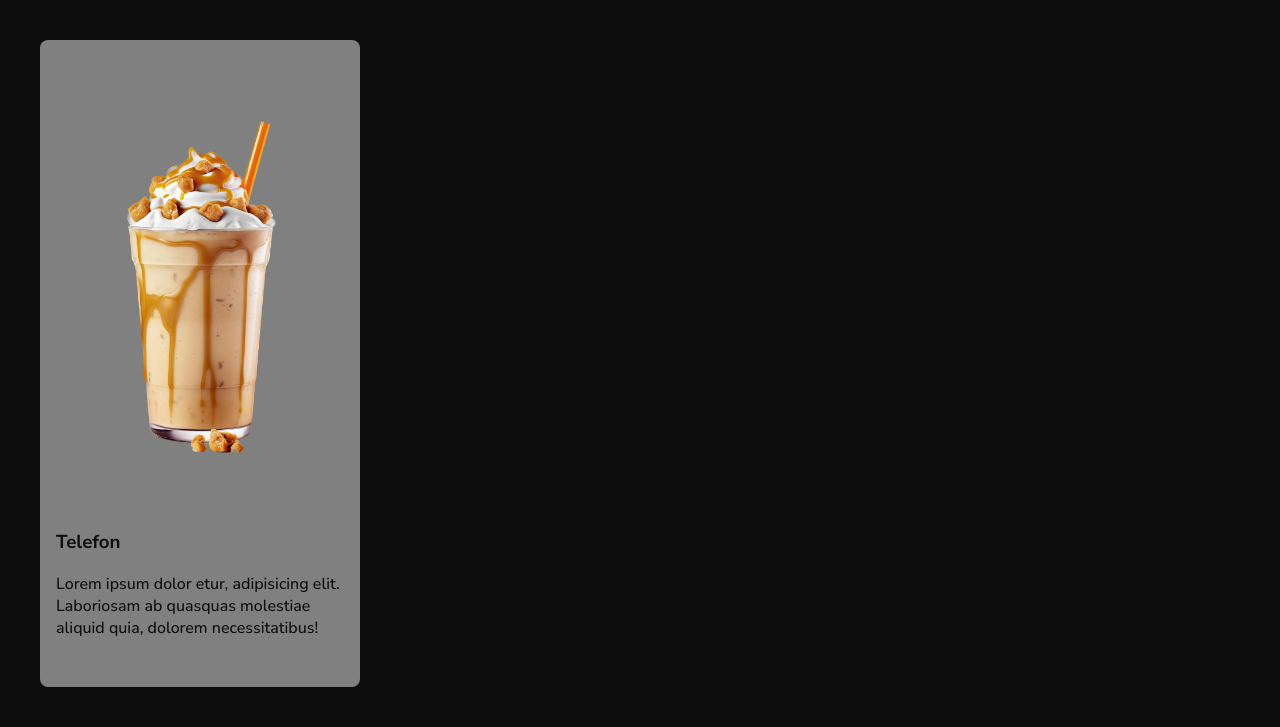
Repository: liviamucioniu/Coffee-Shop-Website
Page: index.html
An editor plug-in stored every save of this project. The page is shown before and after the next save, followed by the edit.
The browser window is 1280 px wide. The pictures show the whole page.

Above is the page before, as saved 2023-10-20 15:58:57.

### index.html
<!DOCTYPE html>
<html lang="en">
    <head>
        <meta charset="UTF-8" />
        <meta name="viewport" content="width=device-width, initial-scale=1.0" />
        <title>Magazin online</title>
        <link rel="stylesheet" href="styles.css" />
        <script defer src="script.js"></script>
        <link rel="preconnect" href="https://fonts.googleapis.com" />
        <link rel="preconnect" href="https://fonts.gstatic.com" crossorigin />
        <link
            href="https://fonts.googleapis.com/css2?family=Montserrat:ital,wght@0,200;0,400;0,500;1,100;1,200;1,300;1,400;1,500&family=Nunito+Sans:ital,opsz,wght@0,6..12,200;0,6..12,300;0,6..12,500;0,6..12,600;0,6..12,700;0,6..12,900;0,6..12,1000;1,6..12,200;1,6..12,300;1,6..12,400;1,6..12,500;1,6..12,600;1,6..12,900;1,6..12,1000&family=Open+Sans:ital,wght@1,300&family=Poppins:ital,wght@0,400;1,300;1,500&display=swap"
            rel="stylesheet"
        />
    </head>
    <body>
        <header><img</header>
        <section id="product-list">
            <div class="product-card">
                <img
                    class="product-image"
                    src="./assets/images/frappe.png"
                    alt=""
                />
                <h3 class="product-name">Telefon</h3>
                <p class="product-description">
                    Lorem ipsum dolor etur, adipisicing elit. Laboriosam ab
                    quasquas molestiae aliquid quia, dolorem necessitatibus!
                </p>
            </div>
        </section>
    </body>
</html>

### styles.css
:root {
    --coffee-color-1: #ede0d4;
    --coffee-color-2: #e6ccb2;
    --coffee-color-3: #ddb892;
    --coffee-color-4: #b08968;
    --coffee-color-5: #7f5539;
    --coffee-color-6: #9c6644;
}

body {
    background-color: #0e0d0d;
    color: #0e0d0d;
    font-family: "Nunito Sans", sans-serif;
}

#product-list {
    display: flex;
    gap: 1.5rem;
    padding: 2rem;
    flex-wrap: wrap;
}

.product-card {
    border-radius: 0.5rem;
    max-width: 18rem;
    background-color: gray;
    padding: 2rem 1rem;
}

.product-image {
    max-width: 100%;
}

### script.js
// const title = document.getElementById("title");
// console.log(title);
// title.classList.add("main");

After the next save:
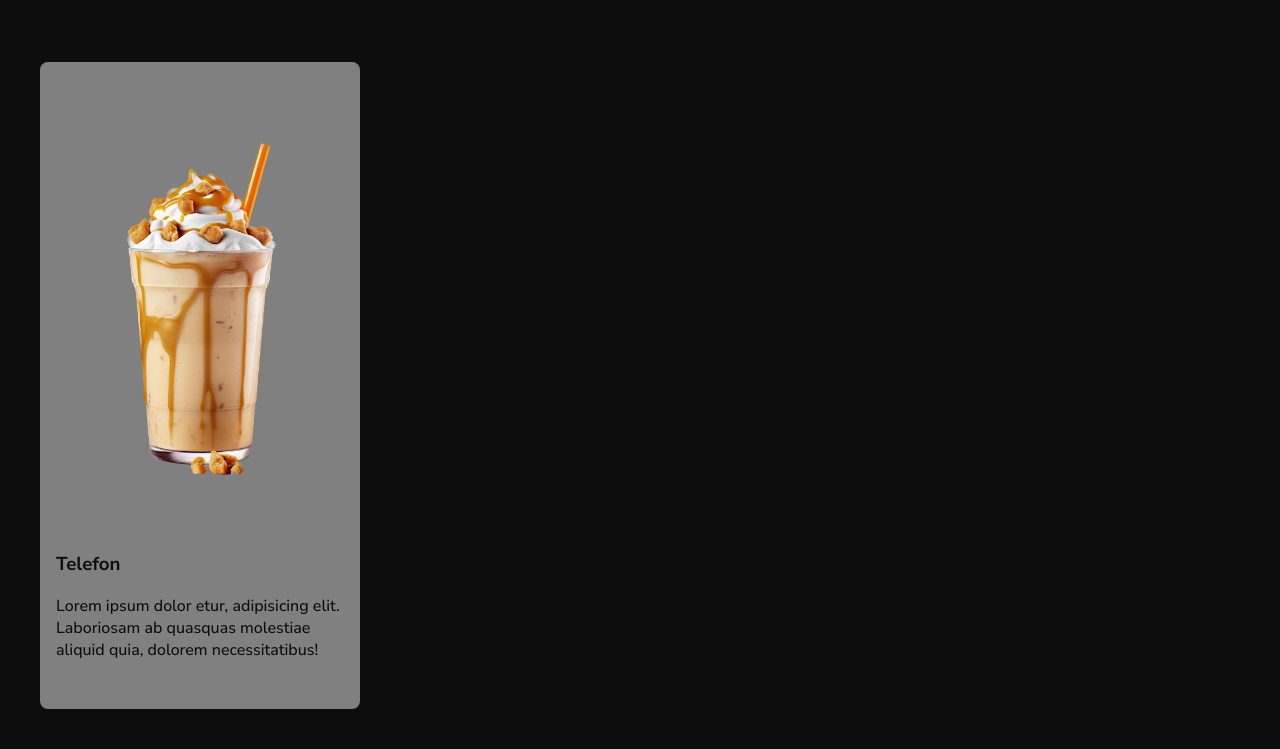
Saved 97 s later.
--- a/index.html
+++ b/index.html
@@ -14,7 +14,10 @@
         />
     </head>
     <body>
-        <header><img</header>
+        <header>
+            <img src="" alt="" />
+            <nav></nav>
+        </header>
         <section id="product-list">
             <div class="product-card">
                 <img
